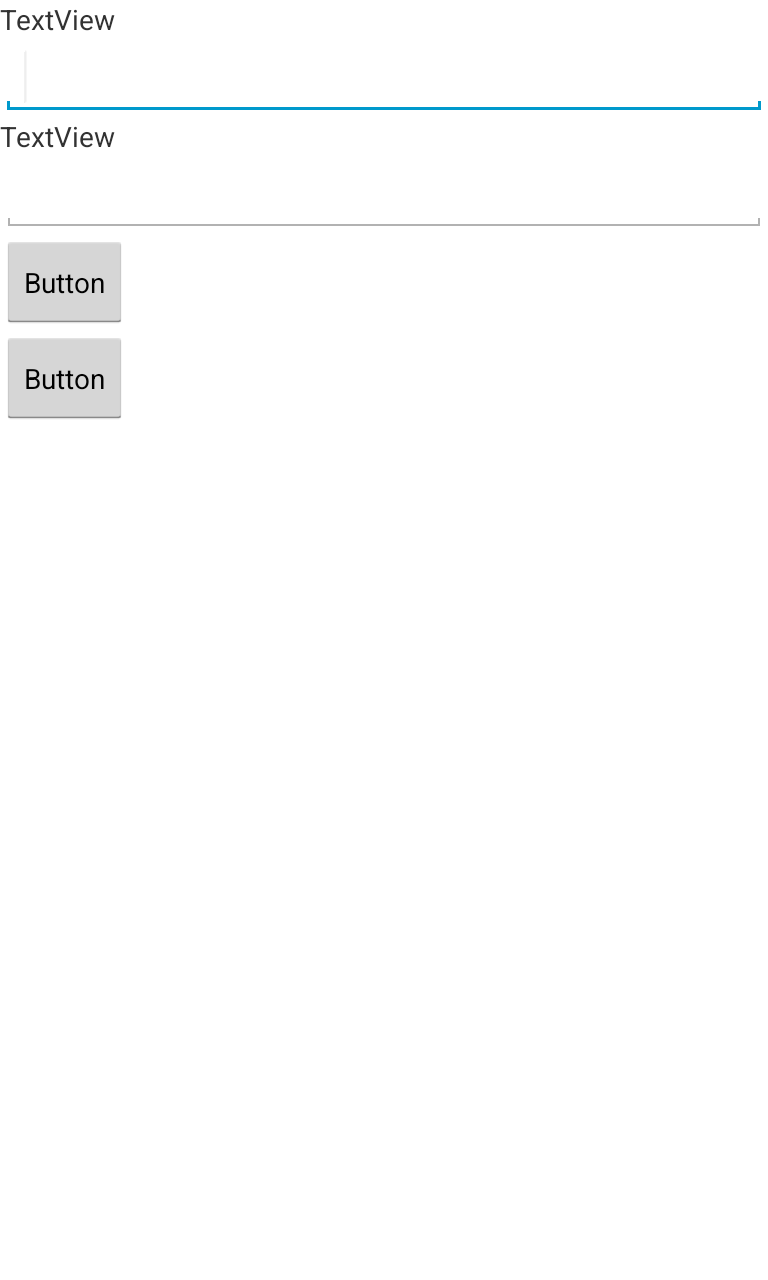
Repository: Rennanxp2/Android_Exercices_done
Layout: Exercícios Android/Ex2/res/layout/activity_calculadora.xml
An editor plug-in stored every save of this project. The layout is shown before and after a run of saves, followed by the edit.
It is drawn on a 768 x 1280 px phone screen (xhdpi) without system bars, with theme AppTheme; the app's code is not run.

Above is the layout before, as saved 2017-09-09 02:18:28.

After the next 2 saves:
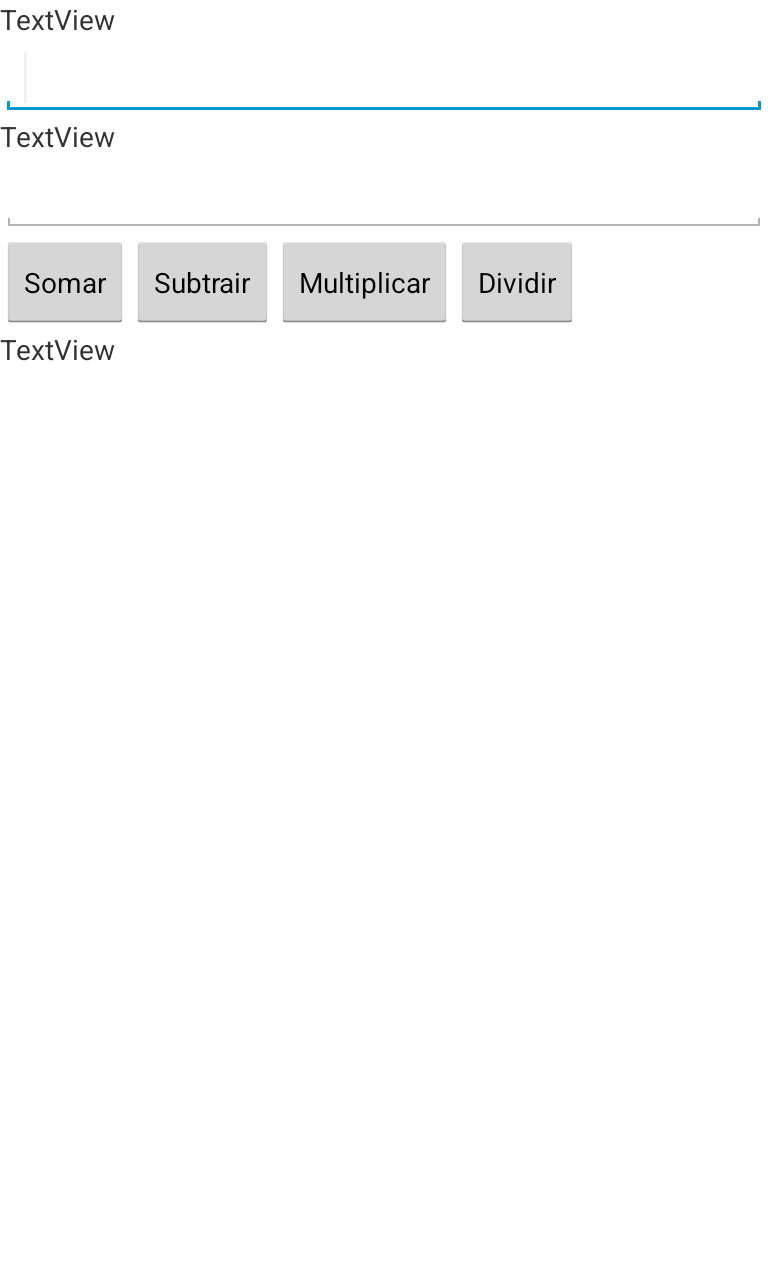
The 2 saves are shown as one change because 1 did not build or start.
The last was saved 42 min 39 s later.
--- a/Exercícios Android/Ex2/res/layout/activity_calculadora.xml
+++ b/Exercícios Android/Ex2/res/layout/activity_calculadora.xml
@@ -3,49 +3,102 @@
     android:id="@+id/LinearLayout1"
     android:layout_width="match_parent"
     android:layout_height="match_parent"
+    android:baselineAligned="_baseline"
     android:orientation="vertical"
     tools:context="${relativePackage}.${activityClass}" >
 
-    <TextView
-        android:id="@+id/textView1"
-        android:layout_width="wrap_content"
-        android:layout_height="wrap_content"
-        android:text="TextView" />
+    <TableLayout
+        android:layout_width="match_parent"
+        android:layout_height="wrap_content" >
 
-    <EditText
-        android:id="@+id/editText1"
-        android:layout_width="match_parent"
-        android:layout_height="wrap_content"
-        android:ems="10" >
+        <TableRow
+            android:id="@+id/tableRow1"
+            android:layout_width="wrap_content"
+            android:layout_height="wrap_content" >
 
-        <requestFocus />
-    </EditText>
+            <TextView
+                android:id="@+id/textNumero1"
+                android:layout_width="wrap_content"
+                android:layout_height="wrap_content"
+                android:text="TextView" />
 
-    <TextView
-        android:id="@+id/textView2"
-        android:layout_width="wrap_content"
-        android:layout_height="wrap_content"
-        android:text="TextView" />
+        </TableRow>
 
-    <EditText
-        android:id="@+id/editText2"
-        android:layout_width="match_parent"
-        android:layout_height="wrap_content"
-        android:ems="10" />
+        <EditText
+            android:id="@+id/editNumero1"
+            android:layout_width="wrap_content"
+            android:layout_height="wrap_content"
+            android:ems="10" >
 
-    <Button
-        android:id="@+id/button2"
-        style="?android:attr/buttonStyleSmall"
-        android:layout_width="wrap_content"
-        android:layout_height="wrap_content"
-        android:text="Button" />
+            <requestFocus />
+        </EditText>
 
-    <Button
-        android:id="@+id/button1"
-        style="?android:attr/buttonStyleSmall"
-        android:layout_width="wrap_content"
-        android:layout_height="wrap_content"
-        android:layout_toRightOf="@+id/button2"
-        android:text="Button" />
+        <TableRow
+            android:id="@+id/tableRow2"
+            android:layout_width="wrap_content"
+            android:layout_height="wrap_content" >
+
+            <TextView
+                android:id="@+id/textNumero2"
+                android:layout_width="wrap_content"
+                android:layout_height="wrap_content"
+                android:text="TextView" />
+
+        </TableRow>
+
+        <EditText
+            android:id="@+id/editNumero2"
+            android:layout_width="wrap_content"
+            android:layout_height="wrap_content"
+            android:ems="10" />
+
+        <TableRow
+            android:id="@+id/tableRow3"
+            android:layout_width="wrap_content"
+            android:layout_height="wrap_content" >
+
+            <Button
+                android:id="@+id/btnSoma"
+                style="?android:attr/buttonStyleSmall"
+                android:layout_width="wrap_content"
+                android:layout_height="wrap_content"
+                android:text="Somar" />
+
+            <Button
+                android:id="@+id/btnSub"
+                style="?android:attr/buttonStyleSmall"
+                android:layout_width="wrap_content"
+                android:layout_height="wrap_content"
+                android:text="Subtrair" />
+
+            <Button
+                android:id="@+id/btnMult"
+                style="?android:attr/buttonStyleSmall"
+                android:layout_width="wrap_content"
+                android:layout_height="wrap_content"
+                android:text="Multiplicar" />
+
+            <Button
+                android:id="@+id/btnDiv"
+                style="?android:attr/buttonStyleSmall"
+                android:layout_width="wrap_content"
+                android:layout_height="wrap_content"
+                android:text="Dividir" />
+
+        </TableRow>
+
+        <TableRow
+            android:id="@+id/tableRow4"
+            android:layout_width="wrap_content"
+            android:layout_height="wrap_content" >
+
+            <TextView
+                android:id="@+id/textResultado"
+                android:layout_width="wrap_content"
+                android:layout_height="wrap_content"
+                android:text="TextView" />
+
+        </TableRow>
+    </TableLayout>
 
 </LinearLayout>
